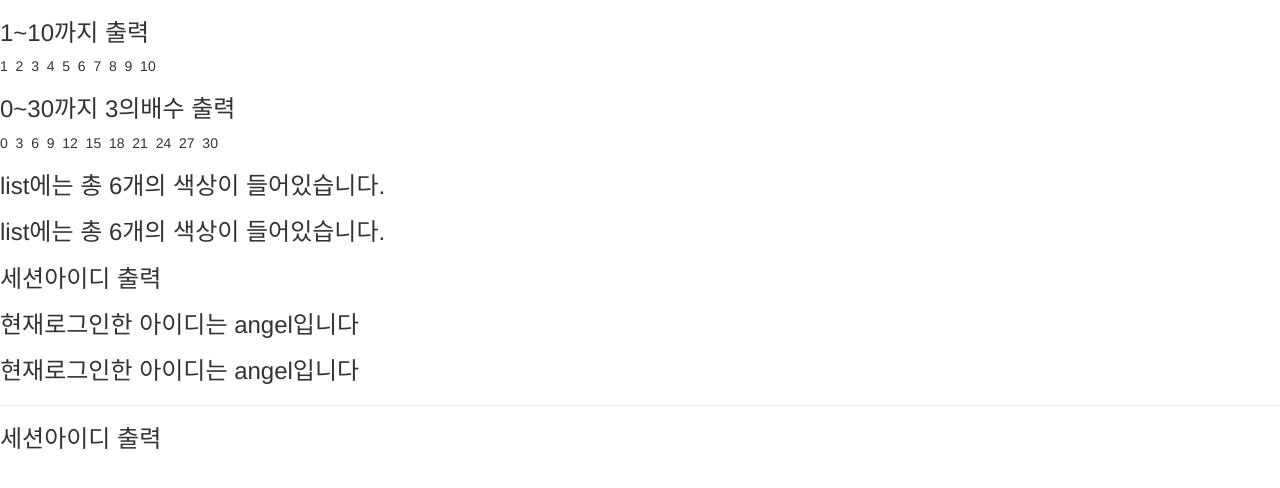
Repository: jungbee2/jungproject
Page: http://localhost/JstlProject/day0330/ex5_foreach.jsp
These files come from the project's save history. The page is drawn as it stood at one moment and after a run of saves; the edit follows.
The browser window is 1280 px wide. The pictures show the whole page.
Some web fonts or font styles are not loaded; a fallback is used. The page is served by Tomcat 9. Other server files are loaded and not shown.

Above is the page before, as saved 2023-03-30 02:29:06.

### JstlProject/src/main/webapp/day0330/ex5_foreach.jsp
<%@page import="java.util.List"%>
<%@page import="java.util.ArrayList"%>
<%@ page language="java" contentType="text/html; charset=utf-8"
	pageEncoding="utf-8"%>
<%@ taglib uri="http://java.sun.com/jsp/jstl/core" prefix="c"%>
<%@ taglib uri="http://java.sun.com/jsp/jstl/fmt" prefix="fmt"%>
<!DOCTYPE html>
<html>
<head>
<meta charset="utf-8">
<title>Insert title here</title>

<link
	href="https://fonts.googleapis.com/css2?family=Anton&family=Edu+VIC+WA+NT+Beginner:wght@600&family=Gamja+Flower&family=Single+Day&family=Jua&family=Nanum+Pen+Script&display=swap"
	rel="stylesheet">
<link rel="stylesheet"
	href="https://maxcdn.bootstrapcdn.com/bootstrap/3.4.1/css/bootstrap.min.css">
<script src="https://code.jquery.com/jquery-3.6.3.js"></script>

</head>

<body>
<%
	List<String> list=new ArrayList<>();

	list.add("red");
	list.add("green");
	list.add("orange");
	list.add("magenta");
	list.add("gray");
	list.add("pink");

	request.setAttribute("list", list);
	request.setAttribute("total", list.size());

	//세션에 저장
	session.setAttribute("id", "angel");

%>

<h3>1~10까지 출력</h3>
<c:forEach var="a" begin="1" end="10">
	${a }&nbsp;
</c:forEach>

<h3>0~30까지 3의배수 출력</h3>
<c:forEach var="a" begin="0" end="30" step="3">
	${a }&nbsp;
</c:forEach>

<!-- requestScope 생략가능 -->
<h3>list에는 총 ${requestScope.total }개의 색상이 들어있습니다.</h3>
<h3>list에는 총 ${total }개의 색상이 들어있습니다.</h3>

<!-- sessionScope는 생략하지 않는다 -->
<h3>세션아이디 출력</h3>
<h3>현재로그인한 아이디는 ${sessionScope.id }입니다</h3>
<h3>현재로그인한 아이디는 ${id }입니다</h3>

<hr>
<h3>세션아이디 출력</h3>

</body>
</html>

After the next 2 saves:
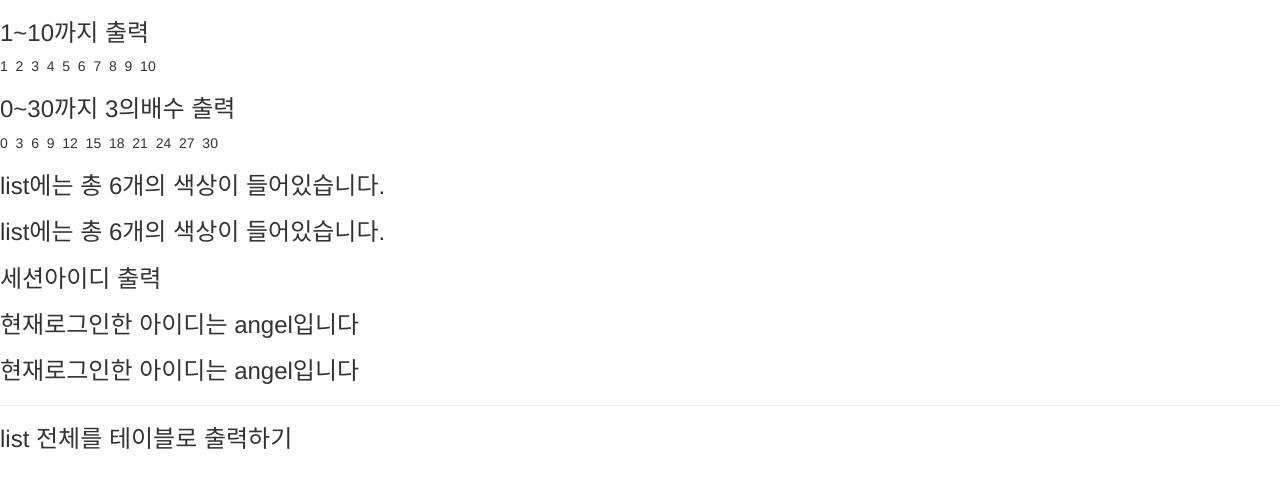
The 2 saves are shown as one change because they came seconds apart.
The last was saved 19 s later.
--- a/JstlProject/src/main/webapp/day0330/ex5_foreach.jsp
+++ b/JstlProject/src/main/webapp/day0330/ex5_foreach.jsp
@@ -58,7 +58,7 @@
 <h3>현재로그인한 아이디는 ${id }입니다</h3>
 
 <hr>
-<h3>세션아이디 출력</h3>
-
+<h3>list 전체를 테이블로 출력하기</h3>
+<table></table>
 </body>
 </html>
